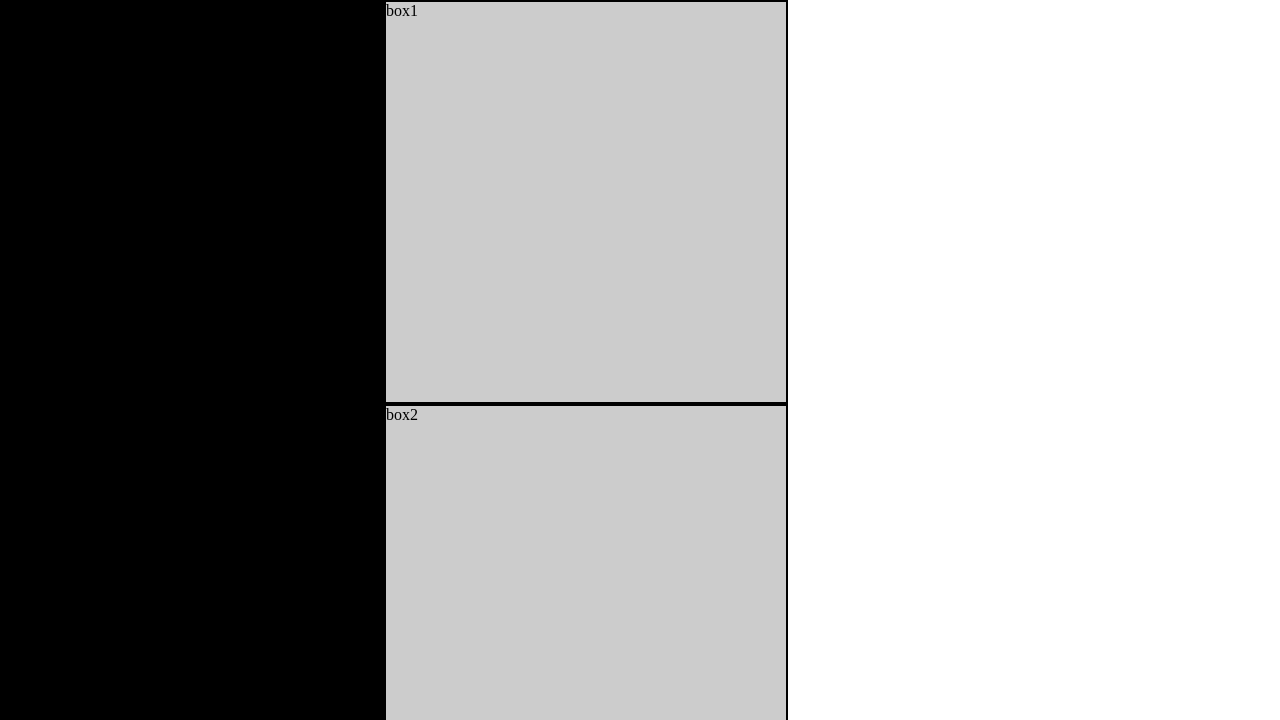
Repository: prathyushaa5/artgallery
Page: index/artists.html
The author's editor kept a copy of each file at every save. The page is drawn from the files as they stood at one save, then again after the next save.
The browser window is 1280 px wide. The pictures show the whole page.

Above is the page before, as saved 2023-11-21 09:48:01.

After the next save:
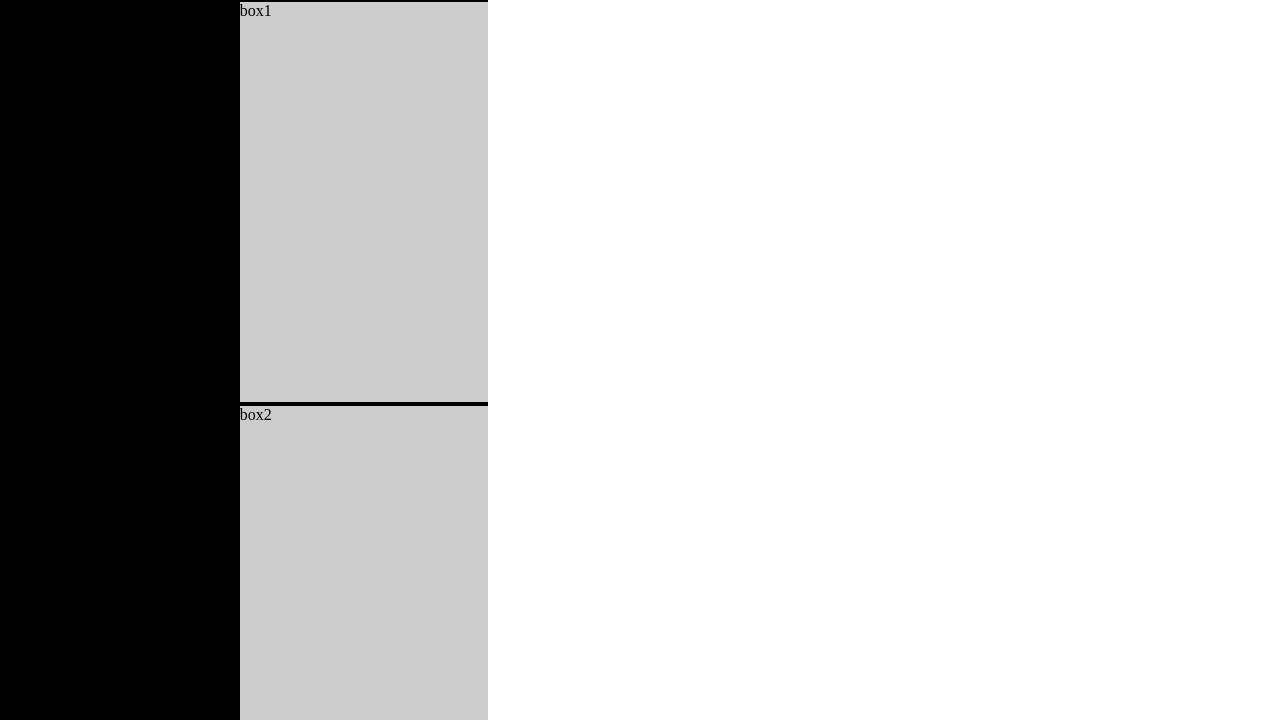
Saved 26 s later.
--- a/index/artists.html
+++ b/index/artists.html
@@ -35,7 +35,9 @@
     display:block;
 }
 #part3{
-    background-color:gainsboro;
+    background-color:;
+    height:100vh;
+    width:100%;
 }
 </style>
 <body>

After the save that followed:
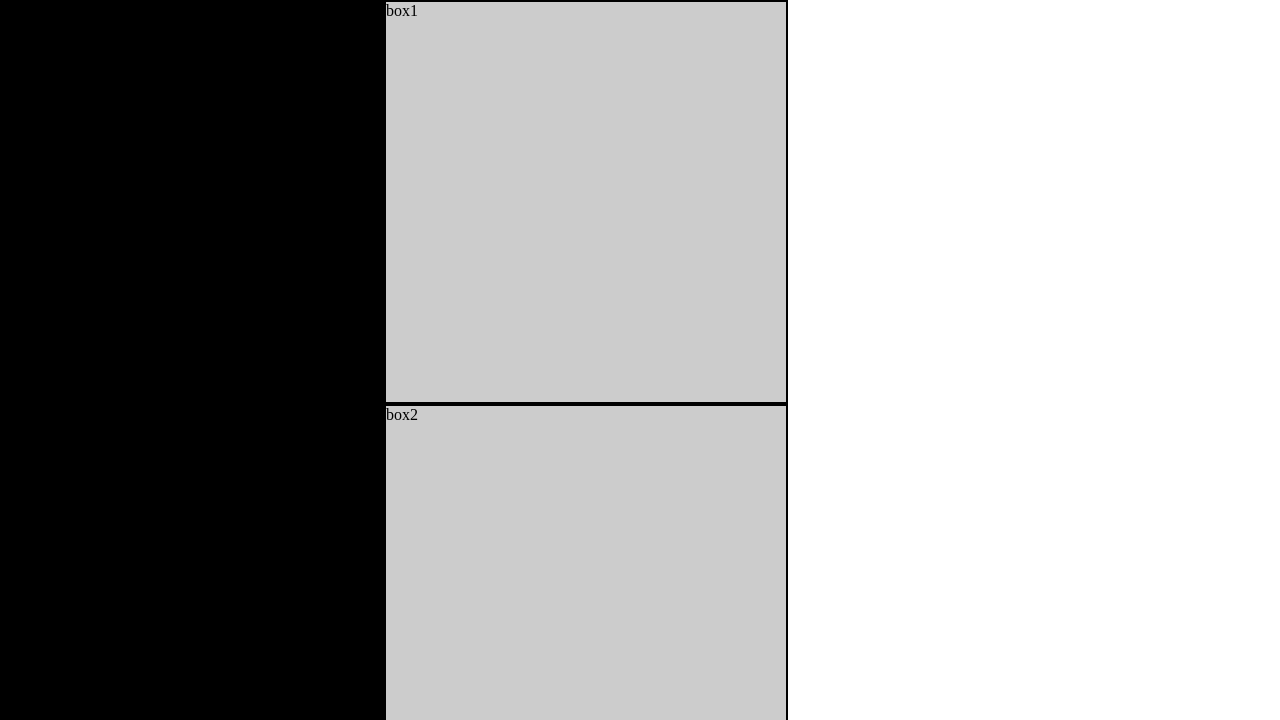
Saved 8 s later.
--- a/index/artists.html
+++ b/index/artists.html
@@ -37,7 +37,6 @@
 #part3{
     background-color:;
     height:100vh;
-    width:100%;
 }
 </style>
 <body>
